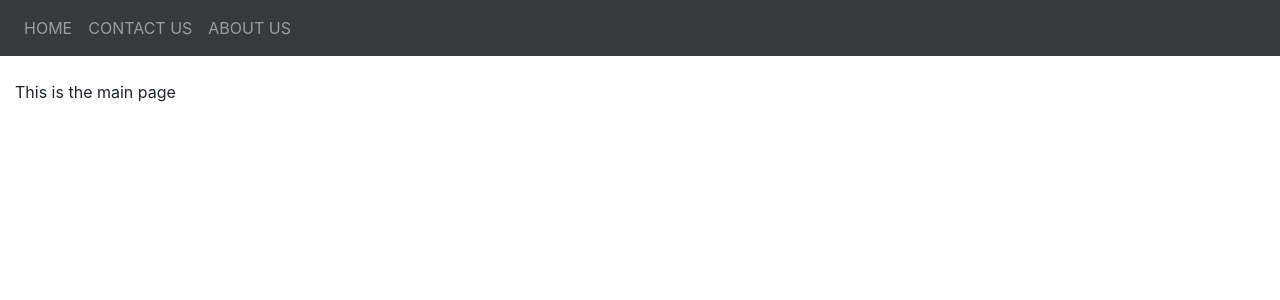
Repository: ROCKY-SAM/laravel5.7
Page: http://localhost/
An editor plug-in stored every save of this project. The page is shown before and after a run of saves, followed by the edit.
The browser window is 1280 px wide. The pictures show the whole page.
The page is served by the project's Laravel application, run on PHP 8.4 with Laravel 8. Other server files are loaded and not shown.

Above is the page before, as saved 2018-11-10 09:32:52.

### routes/web.php
<?php

/*
|--------------------------------------------------------------------------
| Web Routes
|--------------------------------------------------------------------------
|
| Here is where you can register web routes for your application. These
| routes are loaded by the RouteServiceProvider within a group which
| contains the "web" middleware group. Now create something great!
|
*/

Route::get('/','PagesController@home');
Route::get('/contact','PagesController@contact');
Route::get('/about','PagesController@about');

### app/Http/Controllers/PagesController.php
<?php

namespace App\Http\Controllers;

use Illuminate\Http\Request;

class PagesController extends Controller
{
    //

    public function home(){
        return view('welcome',[
            'foo' => 'bar'
        ]);
    }
    public function about(){
        return view('about');
    }
    public function contact(){
        return view('contact');
    }
}

### resources/views/welcome.blade.php
@extends('layout')

@section('title')
    Welcome
@endsection


@section('content')
 This is the main page
@endsection

### resources/views/layout.blade.php
<!DOCTYPE html>
<html lang="en">
  <head>
    <meta charset="utf-8">
    <meta http-equiv="X-UA-Compatible" content="IE=edge">
    <title>@yield('title','SAM LARAVEl')</title>
    <meta name="viewport" content="width=device-width, initial-scale=1">
    <link rel="stylesheet" href="https://maxcdn.bootstrapcdn.com/bootstrap/4.1.3/css/bootstrap.min.css">
    <script src="https://ajax.googleapis.com/ajax/libs/jquery/3.3.1/jquery.min.js"></script>
    <script src="https://cdnjs.cloudflare.com/ajax/libs/popper.js/1.14.3/umd/popper.min.js"></script>
    <script src="https://maxcdn.bootstrapcdn.com/bootstrap/4.1.3/js/bootstrap.min.js"></script>
  </head>
  <body>

    <nav class="navbar navbar-expand-sm bg-dark navbar-dark fixed-top">
        <ul class="navbar-nav">
                <li class="nav-item">
                        <a class="nav-link" href="/">HOME</a>
                      </li>
          <li class="nav-item">
            <a class="nav-link" href="/contact">CONTACT US</a>
          </li>
          <li class="nav-item">
            <a class="nav-link" href="/about">ABOUT US</a>
          </li>
        </ul>
      </nav>




      <div class="container-fluid" style="margin-top:80px">
            @yield('content')
          </div>


    <script src="https://ajax.googleapis.com/ajax/libs/jquery/3.3.1/jquery.min.js"></script>
  </body>
</html>

Loaded but not shown: app/Providers/AppServiceProvider.php (common file); app/Http/Controllers/Controller.php (common file)

After the next 2 saves:
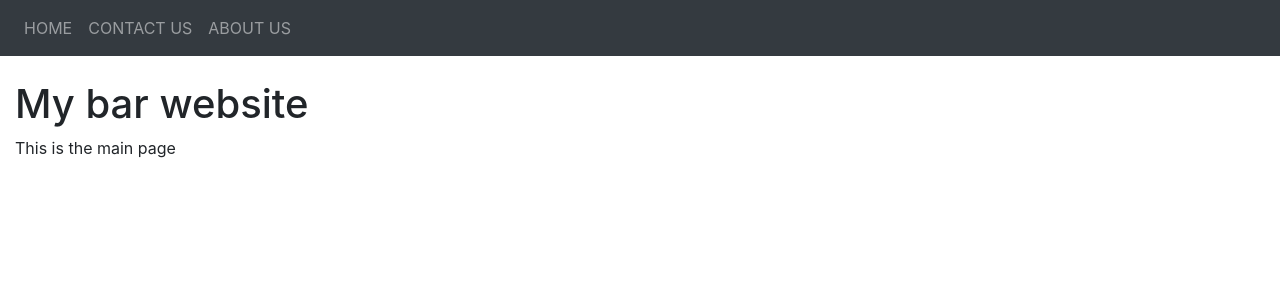
The 2 saves are shown as one change because they came seconds apart.
The last was saved 2 min 35 s later.
--- a/resources/views/welcome.blade.php
+++ b/resources/views/welcome.blade.php
@@ -6,5 +6,7 @@
 
 
 @section('content')
+    <h1>My {{ $foo }} website</h1>
+
  This is the main page
 @endsection
